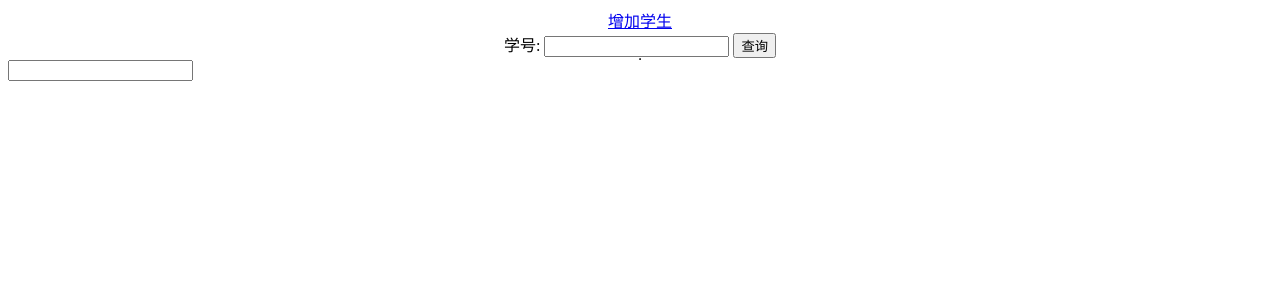
Repository: Aether/HIT-SE-project1-ATM
Page: http://localhost/hit/
An editor plug-in stored every save of this project. The page is shown before and after the next save, followed by the edit.
The browser window is 1280 px wide. The pictures show the whole page.
The page is served by Tomcat 9. Queries for data that is not in the repository find no rows.

Above is the page before, as saved 2018-04-01 07:08:48.

After the next save:
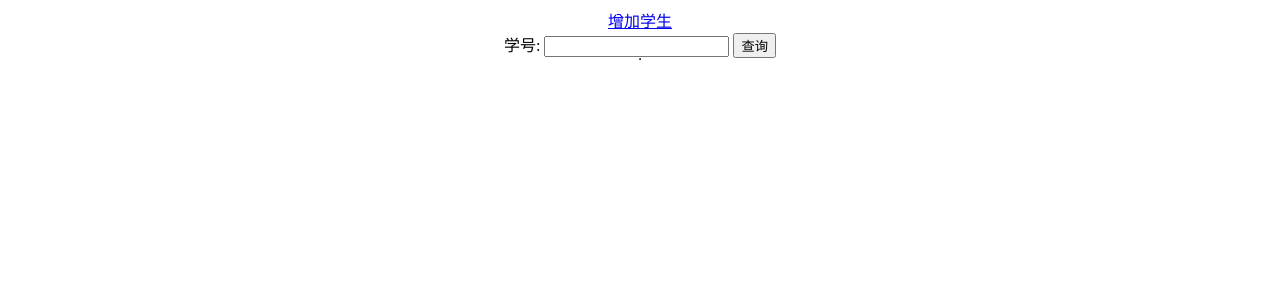
Saved 20 min 52 s later.
--- a/JavaEE/hit/WebContent/index.jsp
+++ b/JavaEE/hit/WebContent/index.jsp
@@ -54,25 +54,24 @@
        <td><%=age%></td>
 	   <td><%=major%></td>
 	   <td><a href="modify.jsp">修改</a></td>
-	   <td><a href="?" onclick="javascript:return del()">删除</a></td>
+	   <td><a href="?" onclick="javascript:return del(form)">删除</a></td>
 	  </tr>
 	<%
 	}
 	mySQL.close();
 %>
 </table>
-<form id="form_addstuinfo" name="form_addstuinfo" method="post" action="MyServlet">
+<form id="delete" name="delete" method="post" action="MyServlet">
 <input type="hidden" name="input" value="delete"/>
-<input type="text" name="<%=id %>"/>
+<input type="hidden" name="deleteid"/>
 </form>
 
 <script language="javascript">
-function del() {
+function del(form) {
 	 var msg = "确定要删除吗？";
 	 if (confirm(msg)) {
-		 //TODO:sdf
-		 //mySQL.executeQuery("delete from student where id = "+id);
-		var s = document.getElementById("stuid");
+		document.getElementById("deleteid").value = document.getElementById(stuid);
+		 $('delete').submit();
 		return true;
 	 }
 	 else return false;
